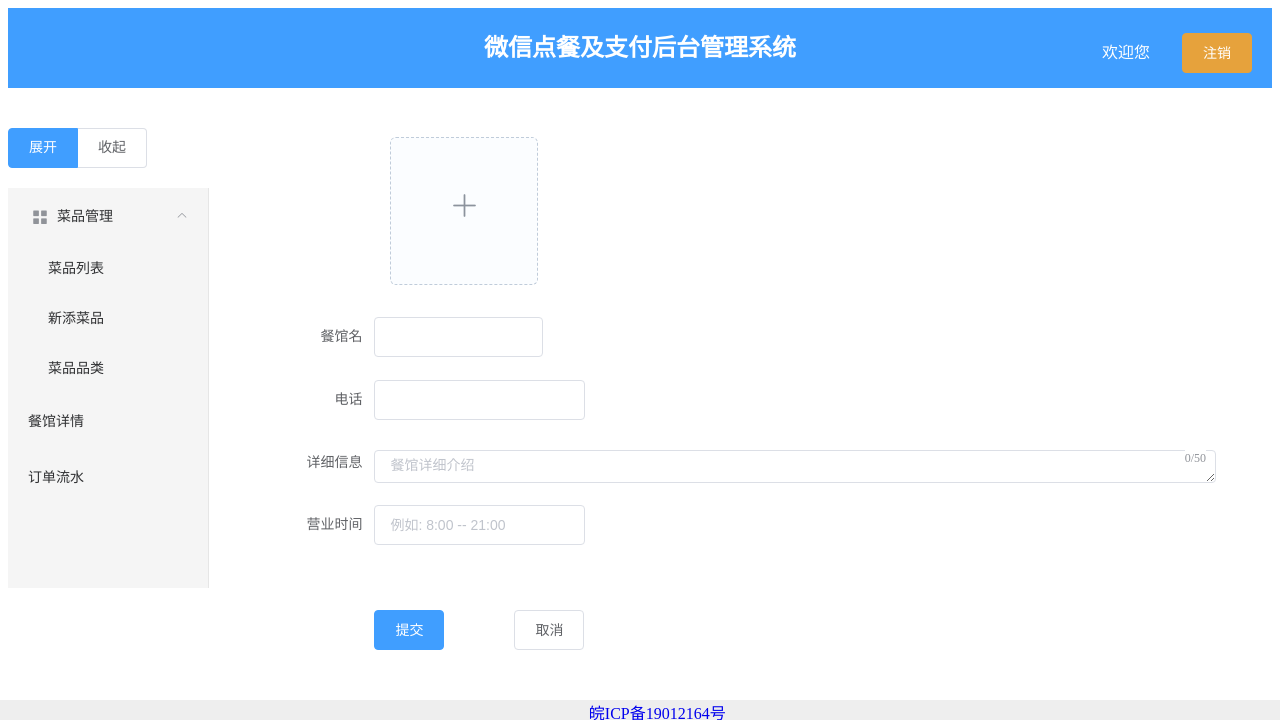
Repository: align-shi/order-web
Page: /pointpayment/hotelTable
These files come from the project's save history. The page is drawn as it stood at one moment and after the next save; the edit follows.
The browser window is 1280 px wide. The pictures show the whole page.
The page's requests for data from a server got no answer. The project was rebuilt for these pictures with package versions that can differ from the ones it lists, and the page was loaded fresh each time. No one was signed in, and anything a server would have sent is missing. Also part of the build but not shown: src/pages/login.vue.

Above is the page before, as saved 2020-03-11 21:22:26.

### index.html
<!DOCTYPE html>
<html>
  <head>
    <meta charset="utf-8">
    <meta name="viewport" content="width=device-width,initial-scale=1.0">
    <title>pointpayment_ele</title>
  </head>
  <body>
    <div id="app"></div>
    <!-- built files will be auto injected -->
  </body>
  <div style="position: fixed;left: 0px;bottom: 0px;width: 100%;height:20px;background-color: #eee;">
    <a href="http://www.beian.miit.gov.cn" target="_blank" style="margin-left: 46%">皖ICP备19012164号</a>
  </div>
</html>

### src/App.vue
<template>
  <div id="app">
    <transition name="fade" mode="out-in">
			<router-view></router-view>
		</transition>
  </div>
</template>

<script>
export default {
  name: 'App'
}
</script>

<style>
  .header{
    background-color: #409EFF;
    color: white;
    text-align: center;
  }
</style>

### src/pages/main.vue
<template>
    <div>
        <el-container>
            <el-header class="header" height="80px">
                <headers></headers>
            </el-header>
            <el-main>
                <!-- <span v-if="!user" class="loginFont">
                        <el-button type="success"  @click="login">点击登录</el-button>
                </span>   -->
                <div class="centerContent">
                    <transition name="fade" mode="out-in">
						<router-view></router-view>
					</transition>
                </div>

            </el-main>

            <el-aside>
                    <navMenuVue></navMenuVue>
            </el-aside>

        </el-container>

    </div>
</template>

<script>

    import headers from '../components/header.vue';
    import navMenuVue from '../components/NavMenu.vue';

    export default {

        created:function(){

        },
        methods: {
            login () {
                this.$router.replace('/login')
            },
            logout () {
                this.$store.dispatch('logout').then(() => {
                    this.$router.replace('/login')
                })
            },
            dataPath(){
                this.$router.replace('/dataTable')
            },
            getStatus (urlStr) {
                var urlStrArr = urlStr.split('/')
                return urlStrArr[urlStrArr.length - 1]
            }
        },

        computed: {
            user () {
                return this.$store.state.user
            }
        },
        components: {
            headers,
            navMenuVue,
            key() {
                return this.$route.name !== undefined? this.$route.name +new Date(): this.$route +new Date()
            }
         },
         watch:{
            '$route' (to, from) {
                // console.log(this.getStatus(this.$route.path))
             }
         }
    }
</script>
<style>

    .userContent{
        position: relative;
        top: -50px;
        float: right;
    }
    .centerContent{
        position: absolute;
        top: 19%;
        left:15%;
        width:80%;
    }
    .loginFont{
        top: 30%;
        position: absolute;
        left:46%;
    }
</style>

### src/components/createMenu.vue
<template>
    <div class="form">
          <el-upload
            class="upload"
            action=""
            list-type="picture-card"
            :on-preview="handlePictureCardPreview"
            :on-remove="handleRemove"
            :limit = 1
            :before-upload="UpladFile"
            >
            <!--  :on-change="saveFile"  :auto-upload="false"  :on-change="saveFile" :auto-upload="false" :before-upload="UpladFile" -->
            <i class="el-icon-plus"></i>
          </el-upload>
          <el-dialog :visible.sync="dialogVisible">
            <img width="100%" :src="dialogImageUrl" alt="">
          </el-dialog>

          <el-form :model="form" label-width="80px" :rules="formRules" ref="form">
            <el-form-item label="菜名" prop="dishes">
              <el-input v-model="form.dishes" auto-complete="off" style="width:40%"></el-input>
            </el-form-item>

            <el-form-item label="价格" prop="price">
              <el-input v-model="form.price" auto-complete="off" style="width:10%"></el-input>
            </el-form-item>

            <el-form-item label="菜品类别" prop="typeId">
              <el-select clearable  v-model="form.typeId" placeholder="菜品类别" autocomplete="off"
                      style="width: 30%">
              <el-option v-for="item in typeList" :key="item.id" :label="item.typeName"
                        :value="item.id"></el-option>
              </el-select>
            </el-form-item>
          </el-form>

        <div class="buttons">
            <el-button type="primary" @click.native="submit" :loading="submitLoading">提交</el-button>
            <el-button @click.native="clean" style="margin-left:5em;">取消</el-button>
        </div>

    </div>
</template>
<script>
    export default {

        data(){
            return{
                file:{},
                dialogVisible:false,
                dialogImageUrl:'',
                fileList:[],        //文件列表
                typeList:[],        //菜品类别表
                form: {             //提交表单
                  dishes:'',
                  price:'',
                  picture:'',
                  typeId:'',
                },
                submitLoading:false,
                uploadingFile:false,
                //表单验证
                formRules: {
                  dishes: [
                    { required: true, message: '请输入菜名', trigger: 'blur' },
                  ],
                  price: [
                    { required: true, message: '请输入价格', trigger: 'blur' },
                  ],
                  typeId:[
                    { required: true, message: '请输入菜品类别', trigger: 'blur' },
                  ],
                },
            }
        },
        created:function(){
            this.getTypeList()
        },
        methods: {
            // saveFile(file){
            //     this.file  = file.raw;
            //     this.fileList = [...this.fileList, this.file];
            // },
            submit(){
                this.$refs.form.validate((valid) => {
					if (valid) {
						this.$confirm('确认提交吗？', '提示', {}).then(() => {
                        this.submitLoading = true;
                        let para = Object.assign({}, this.form);
							// para.publishingDate = (!para.publishingDate || para.publishingDate == '') ? '':util.formatDate.format(new Date(para.publishingDate), 'yyyy-MM-dd');
                            this.submitMenu(para);
						});
					}
				});
            },
            submitMenu:function(para){
                // alert(JSON.stringify(para));
                this.$axios.post('/menu/insert',para).then((res) => {
                    if(res.data!=null){
                        this.$message.success('提交成功');
                    }
                    this.$refs['form'].resetFields();
                    this.editLoading = false;

                }).catch(function(error){
                        console.log(error);
                })
            },
            getTypeList(){
                this.$axios.post('/type/list').then((res) =>{
                this.typeList = res.data;
                })
            },
            handleRemove(file, fileList) {
                console.log(file, fileList);
            },
            handlePictureCardPreview(file) {
                this.dialogImageUrl = file.url;
                this.dialogVisible = true;
            },
            a(){

            },
            UpladFile(file){

                this.fileList = [...this.fileList,file];
                const formData = new FormData();
                var list = this.fileList;
                var that = this;
                list.forEach((file) => {
                    console.log(file);
                    formData.append('files',file);
                });

                formData.append('path','pic');
                this.$axios.post('/file/uploadFile',formData).then((res) => {
                    if(res.data!=null){
                        this.fileList= [];
                        this.form.picture = res.data[0];

                    }
                }).catch(function(error){
                    this.uploadingFile = false;
                })
                this.uploadingFile = false;
            }
        },
        computed: {

        }
    }
</script>
<style>
    .upload{
      margin-left: 6em;
      margin-bottom: 2em;
    }

    .form{
        margin-top:2%;
        margin-left:20%;
    }

    .buttons{
        margin-top:4em;
        margin-left:5em;
    }
</style>

### src/components/orderTable.vue
<template>
    <div>
        <div style="margin-bottom: 1em;">
            <el-col :span="2">
                <el-input v-model="order.tablenumber"  placeholder="请输入桌号名"></el-input>
            </el-col>

            <el-col :span="5" :offset="1">
                <el-input v-model="order.wxaccount"  placeholder="顾客微信名" ></el-input>
            </el-col>
            <el-button @click="search" icon="el-icon-search">搜索</el-button>
        </div>


        <el-table ref="multipleTable" :data="tableData.slice((currentPage-1)*pageSize,currentPage*pageSize)" border style="width: 100%"
            @selection-change="handleSelectionChange" :cell-style="cellStyle" :header-cell-style="rowClass">


            <el-table-column type="expand">
                <template slot-scope="props">
                    <el-form label-position="left" inline class="demo-table-expand">
                        <div>
                            <el-card class="box-card" shadow="hover" v-for="(item,i) in props.row.carts" :key="i"
                                style="float:left;margin-left:1em;margin-bottom:.5em;background-color:#F5F5F5">
                                菜品 : {{item.dishes}}   &#12288;&#12288;单价 : {{item.price}}    &#12288;&#12288;数量 : {{item.quantity}}
                            </el-card>
                        </div>

                    </el-form>
                </template>
            </el-table-column>

            <el-table-column prop="openId" label="用户标识" show-overflow-tooltip width="140"></el-table-column>
            <el-table-column prop="wxaccount" label="顾客微信名" align="center"></el-table-column>
            <el-table-column prop="tablenumber" label="桌号" show-overflow-tooltip width="200"></el-table-column>
            <el-table-column prop="money" label="总额(元)" width="100"></el-table-column>

            <el-table-column label="操作">
            <template slot-scope="scope">
                <el-button type="warning" plain @click="handleChangeStatus(scope.$index, scope.row)" v-show="scope.row.status == 1">
                  请求处理    <i class="el-icon-loading"></i>
                </el-button>
                <div v-show="scope.row.status == 2"> 已处理&#12288;<i class="el-icon-check"></i></div>
                <!-- <i class="el-icon-check" v-show="scope.row.status == 2"></i> -->
            </template>
          </el-table-column>
        </el-table>

        <el-pagination background
            @size-change="handleSizeChange"
            @current-change="handleCurrentChange"
            :current-page="currentPage"
            :page-sizes="[5,10,50, 100]"
            :page-size="pageSize"
            layout="total, sizes, prev, pager, next, jumper"
            :total="total">
        </el-pagination>
    </div>
</template>

<script>
export default {
    data(){
        return {

                total:5,
                currentPage: 1,
　　　　　　　　　pageSize: 5,

                msg:"",//记录每一条的信息，便于取id

                tableData: [],
                multipleSelection: [],
                order:{
                    tablenumber:null,
                    wxaccount:''
                }

        }
    },

    created: function(){
      this.getPackData();
    },

    mounted() {
			this.getPackData();
    },
    methods: {

      getPackData() {

        this.$axios({
            method: 'post',
            url: '/order/getListBy',
            data:{}
        }).then((res) => {
            this.tableData = res.data;
            this.total=this.tableData.length;
            // alert(JSON.stringify(res.data));
        }).catch(function(error){
            console.log(error);
        })

      },
      search(){
        this.$axios({
            method: 'post',
            url: '/order/getListBy',
            data:this.order
        }).then((res) => {
            this.tableData = res.data;
            this.total=this.tableData.length;
            // alert(JSON.stringify(res.data));
        }).catch(function(error){
            console.log(error);
        })
      },
      toggleSelection(rows) {
          if (rows) {
              rows.forEach(function(row)  {
                  this.$refs.multipleTable.toggleRowSelection(row);
              });
          } else {
              this.$refs.multipleTable.clearSelection();
          }
      },
      handleSelectionChange(val) {
          this.multipleSelection = val;
      },
      callbackFunction(result) {
                alert(result + "aaa");
            },
      handleSizeChange(val){
        this.pageSize = val;
        this.currentPage = 1;
        // this.fetchData(1, val);
        // console.log(`每页 ${val} 条`);
      },
      handleCurrentChange(val){
        this.currentPage = val;
        // this.fetchData(val, this.pageSize);
        // console.log(`当前页: ${val}`);
      },
      cellStyle({row,column,rowIndex,columnIndex}){
        return "text-align:center;"
      },
      rowClass({row,rowIndex}){
        return "text-align:center;"
      },

      handleChangeStatus:function(index,row){

        this.$axios({
            method: 'post',
            url: '/order/handleOrder',
            params:{id:row.id}
        }).then((res) =>{
          if(res.data == true){
            this.$message.success('处理成功');
          }
          row.status = 2;
        }).catch(function(error){
          console.log(error)
          that.$message.error('处理失败')
        })

      }

    }

}
</script>
<style>
    .el-table th {
        text-align: center;
    }

    /* .el-table tbody tr td:first-child {
        text-align: center;
    } */
    .upload{
      margin-left: 6em;
      margin-bottom: 2em;
    }
</style>

### src/components/hotelTable.vue
<template>
    <div class="form">
        <el-upload
            class="upload"
            action=""
            list-type="picture-card"
            :on-preview="handlePictureCardPreview"
            :on-remove="handleRemove"
            :limit = 1
            :before-upload="UpladFile"
            >
            <!--  :on-change="saveFile"  :auto-upload="false"  :on-change="saveFile" :auto-upload="false" :before-upload="UpladFile" -->
            <i class="el-icon-plus"></i>
        </el-upload>
        <el-dialog :visible.sync="dialogVisible">
            <img width="100%" :src="dialogImageUrl" alt="">
        </el-dialog>

        <el-form :model="form" label-width="80px" :rules="formRules" ref="form">
            <el-form-item label="餐馆名" prop="name">
                <el-input v-model="form.name" auto-complete="off" style="width:20%"></el-input>
            </el-form-item>

            <el-form-item label="电话" prop="phone">
                <el-input v-model="form.phone" auto-complete="off" style="width:25%"></el-input>
            </el-form-item>

            <el-form-item label="详细信息" prop="info">
                <el-input type="textarea" v-model="form.info" autosize maxlength="50" show-word-limit placeholder="餐馆详细介绍">
                </el-input>
            </el-form-item>

            <el-form-item label="营业时间" prop="time">
                <el-input  placeholder="例如: 8:00 -- 21:00" v-model="form.time" style="width:25%">
                </el-input>
            </el-form-item>

        </el-form>

        <div class="buttons">
            <el-button type="primary" @click.native="submit" :loading="submitLoading">提交</el-button>
            <el-button @click.native="clean" style="margin-left:5em;">取消</el-button>
        </div>
    </div>
</template>
<script>
    export default {

        data(){
            return{
                file:{},
                dialogVisible:false,
                dialogImageUrl:'',
                fileList:[],        //文件列表
                typeList:[],        //菜品类别表
                form: {             //提交表单
                  name:'',
                  pic:'',
                  address:'',
                  phone:'',
                  info:'',
                  time:'',
                },
                submitLoading:false,
                uploadingFile:false,
                //表单验证
                formRules: {
                  dishes: [
                    { required: true, message: '请输入菜名', trigger: 'blur' },
                  ],
                  price: [
                    { required: true, message: '请输入价格', trigger: 'blur' },
                  ],
                  typeId:[
                    { required: true, message: '请输入菜品类别', trigger: 'blur' },
                  ],
                },
            }
        },
        created:function(){
            this.getTypeList()
        },
        methods: {
            // saveFile(file){
            //     this.file  = file.raw;
            //     this.fileList = [...this.fileList, this.file];
            // },
            submit(){
                this.$refs.form.validate((valid) => {
					if (valid) {
						this.$confirm('确认提交吗？', '提示', {}).then(() => {
                        this.submitLoading = true;
                        let para = Object.assign({}, this.form);
							// para.publishingDate = (!para.publishingDate || para.publishingDate == '') ? '':util.formatDate.format(new Date(para.publishingDate), 'yyyy-MM-dd');
                            this.submitMenu(para);
						});
					}
				});
            },
            submitMenu:function(para){
                // alert(JSON.stringify(para));
                this.$axios.post('/menu/insert',para).then((res) => {
                    if(res.data!=null){
                        this.$message.success('提交成功');
                    }
                    this.$refs['form'].resetFields();
                    this.editLoading = false;

                }).catch(function(error){
                        console.log(error);
                })
            },
            getTypeList(){
                this.$axios.post('/type/list').then((res) =>{
                this.typeList = res.data;
                })
            },
            handleRemove(file, fileList) {
                console.log(file, fileList);
            },
            handlePictureCardPreview(file) {
                this.dialogImageUrl = file.url;
                this.dialogVisible = true;
            },
            a(){

            },
            UpladFile(file){

                this.fileList = [...this.fileList,file];
                const formData = new FormData();
                var list = this.fileList;
                var that = this;
                list.forEach((file) => {
                    console.log(file);
                    formData.append('files',file);
                });

                formData.append('path','pic');
                this.$axios.post('/file/uploadFile',formData).then((res) => {
                    if(res.data!=null){
                        this.fileList= [];
                        this.form.picture = res.data[0];

                    }
                }).catch(function(error){
                    this.uploadingFile = false;
                })
                this.uploadingFile = false;
            }
        },
        computed: {

        }
    }
</script>
<style>
    .upload{
      margin-left: 6em;
      margin-bottom: 2em;
    }

    .form{
        margin-top:0%;
        margin-left:10%;
    }

    .buttons{
        margin-top:4em;
        margin-left:5em;
    }
</style>

### src/components/header.vue
<template>
    <div id="header">
        <h2>微信点餐及支付后台管理系统</h2>
        <div class="userContent">
            <span>
                <label>欢迎您</label>&nbsp;&nbsp;&nbsp;{{this.username}}&nbsp;&nbsp;&nbsp;&nbsp;
                <el-button type="warning"  @click="login" style="">注销</el-button>
            </span>
        </div>
    </div>
</template>

<script>
    export default {

        data(){
            return{
                username:''
            }
        },
        created:function(){
            this.username=this.getUserName();
        },
        methods: {
            login () {
                this.$router.replace('/login')
            },
            logout () {
                this.$store.dispatch('logout').then(() => {
                    this.$router.replace('/login')
                })
            },
            dataPath(){
                this.$router.replace('/dataTable')
            },
            getUserName(){
                if (document.cookie.length > 0) {
                    var arr = document.cookie.split('; '); //这里显示的格式需要切割一下自己可输出看下
                    for (var i = 0; i < arr.length; i++) {
                        var arr2 = arr[i].split('='); //再次切割
                        if (arr2[0] == 'userName') {
                            return arr2[1];
                        }
                    }
                }
            }
        },
        computed: {
            user () {
                return this.$store.state.user
            }
        }
    }
</script>
<style>
    .userContent{
        position: relative;
        top: -40px;
        float: right;
    }
</style>

### src/components/NavMenu.vue
<template>
    <div id="navMenu">
        <el-radio-group v-model="isCollapse" style="margin-bottom: 20px;">
            <el-radio-button :label="false">展开</el-radio-button>
            <el-radio-button :label="true">收起</el-radio-button>
        </el-radio-group>

         <el-menu default-active="1" class="el-menu-vertical-demo"
            @open="handleOpen" @close="handleClose" :collapse="isCollapse" @select="handleSelect" :router="true"
            background-color="#F5F5F5">

            <el-submenu v-for="(item,i) in navList" :key="'1'+i" v-show="item.second" :index="item.name">
                <template slot="title">
                    <i class="el-icon-menu"></i>
                    <span>{{ item.navItem}}</span>
                </template>
                <el-menu-item v-for="(sec,j) in item.second" :key="j" :index="sec.name">{{sec.navItem}}</el-menu-item>
            </el-submenu>

            <el-menu-item v-for="(item,i) in navList" :key="i" v-show="!item.second" :index="item.name">
            {{ item.navItem }}
            </el-menu-item>


        </el-menu>
    </div>
</template>

<script>
    export default {
        data() {
            return {
                isCollapse: false,
                navList:[
                    {name:'/hotelTable',navItem:'餐馆详情'},
                    {name:'/orderTable',navItem:'订单流水'},
                    {name:'1',navItem:'菜品管理',
                        second:[{name:'/menuTable',navItem:'菜品列表'},
                                {name:'/createMenu',navItem:'新添菜品'},
                                {name:'/typeTable',navItem:'菜品品类'}]},
                ]
            };
        },
        created:function(){

        },
        methods: {
            handleOpen(key, keyPath) {
                // console.log(key, keyPath);
            },
            handleClose(key, keyPath) {
                // console.log(key, keyPath);
            },
            handleSelect(key, keyPath) {
                // console.log(key, keyPath);
                this.$router.push(key);
            }
        }
  }
</script>
<style>
    .el-menu-vertical-demo:not(.el-menu--collapse) {
        width: 200px;
        min-height: 400px;
    }
</style>

Loaded but not shown: src/router/index.js (45 lines, source omitted); src/main.js (27 lines, source omitted); src/components/menuTable.vue (352 lines, source omitted); src/components/typeTable.vue (306 lines, source omitted)

After the next save:
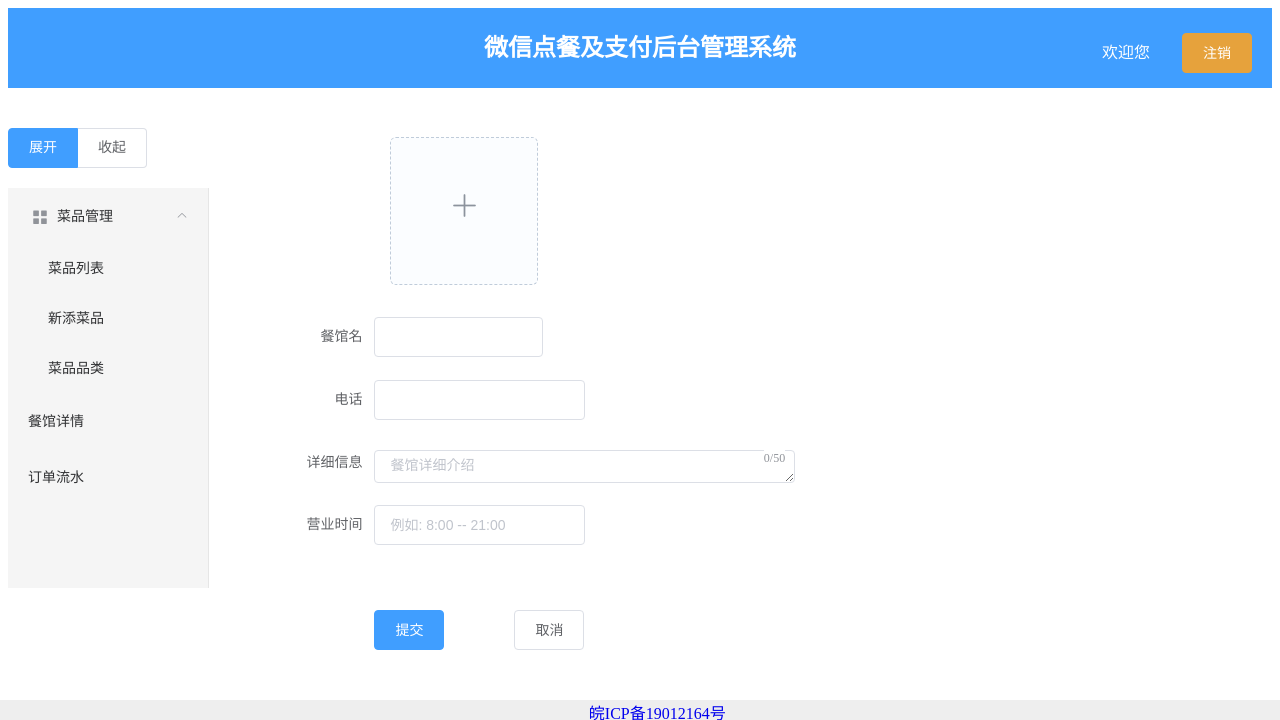
Saved 21 s later.
--- a/src/components/hotelTable.vue
+++ b/src/components/hotelTable.vue
@@ -26,7 +26,8 @@
             </el-form-item>
 
             <el-form-item label="详细信息" prop="info">
-                <el-input type="textarea" v-model="form.info" autosize maxlength="50" show-word-limit placeholder="餐馆详细介绍">
+                <el-input type="textarea" v-model="form.info"
+                style="width:50%" autosize maxlength="50" show-word-limit placeholder="餐馆详细介绍">
                 </el-input>
             </el-form-item>
 
